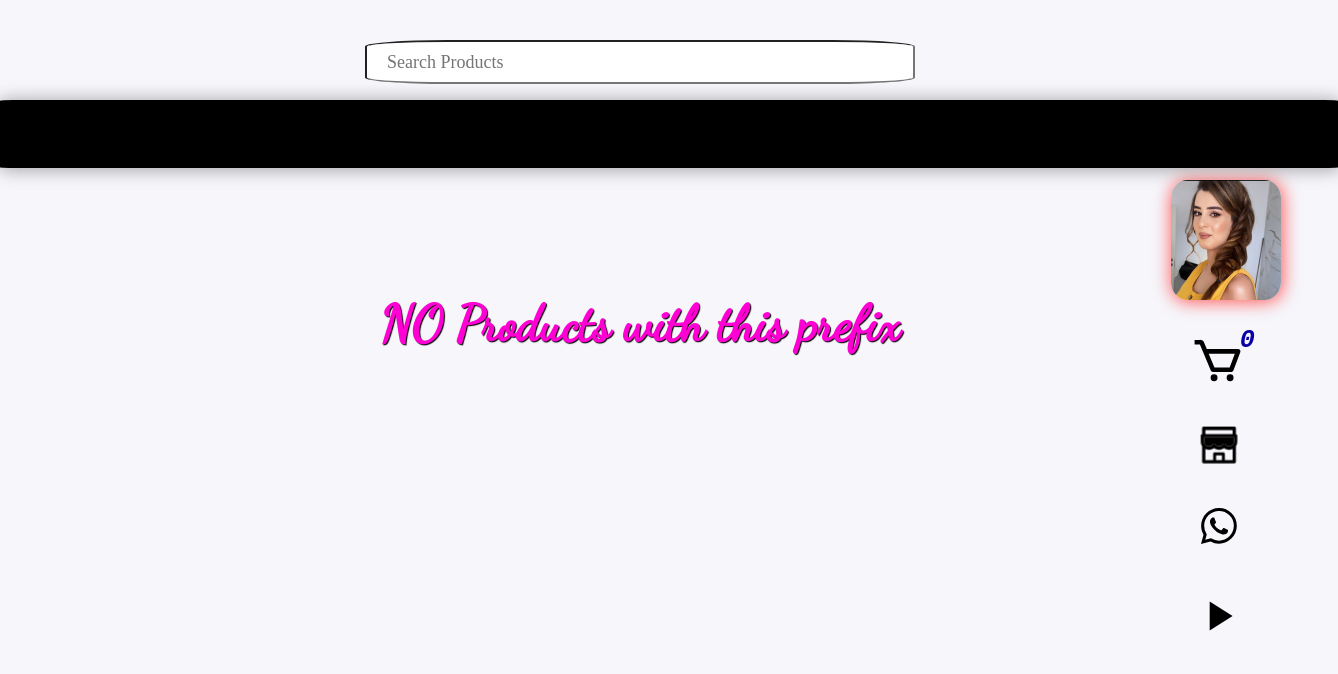
Repository: rehamAbass/BeautyCareShop
Page: /
The author's editor kept a copy of each file at every save. The page is drawn from the files as they stood at one save, then again after the next save.
The browser window is 1280 px wide. The page is 1338 px wide, so the pictures cover 1338 px, including what lies to the right of the window. The pictures show the whole page.
The page's requests for data from a server got no answer. Some web fonts or font styles are not loaded; a fallback is used. The project was rebuilt for these pictures with package versions that can differ from the ones it lists, and the page was loaded fresh each time. No one was signed in, and anything a server would have sent is missing. Also part of the build but not shown: src/components/allProducts/prod/card.css, src/components/allProducts/prod/card.component.jsx, src/components/myCart/myCart.css, src/components/myCart/cartProduct/cartProduct.css, src/components/myCart/cartProduct/cartProduct.jsx, src/components/myCart/myCart.jsx. Imported but missing from the stored project, and not drawn on this page: src/components/header/music/ed.mp3.

Above is the page before, as saved 2022-06-08 13:40:09.

### public/index.html
<!DOCTYPE html>
<html lang="en">
  </style>
  <head>
    <meta charset="utf-8" />
    <link rel="icon" href="" />
    <meta name="viewport" content="width=device-width, initial-scale=1" />
    <meta name="theme-color" content="#000000" />
    <meta
      name="description"
      content="Web site created using create-react-app"
    />
    <link rel="apple-touch-icon" href="" />
    <link rel="manifest" href="%PUBLIC_URL%/manifest.json" />
    <link rel="preconnect" href="https://fonts.googleapis.com">
    <link rel="preconnect" href="https://fonts.gstatic.com" crossorigin>
    <link href="https://fonts.googleapis.com/css2?family=Bigelow+Rules&display=swap" rel="stylesheet">
    <link rel="preconnect" href="https://fonts.googleapis.com">
    <link rel="preconnect" href="https://fonts.gstatic.com" crossorigin>
    <link href="https://fonts.googleapis.com/css2?family=Bigelow+Rules&family=Dancing+Script&display=swap"
      rel="stylesheet">
    <title color:'purble'>BeautyShop💄</title>
  </head>
  <body>

    <div id="root"></div>
  </body>
</html>

<!--
  <video id="video1" loop="" muted="" src="https://prod-streaming-video-msn-com.akamaized.net/aa5cb260-7dae-44d3-acad-3c7053983ffe/1b790558-39a2-4d2a-bcd7-61f075e87fdd.mp4"></video>

 -->

### src/App.js

// import React from 'react'
import CardList from './components/allProducts/card-list.component';
import SearchBox from './components/search-box/search-box.component';
import './App.css'
import axios from "axios";
import React, { Component } from "react";
import Header from './components/header/header.component.jsx'
import { useState, useEffect } from 'react';
import Cart from './components/myCart/myCart.jsx'

const App = () => {
  const [products, setProducts] = useState([]);
  const [cartProducts, setCartProducts] = useState([]);
  const [filteredProducts, setFilteredProducts] = useState(products);
  const [searchString, setSearchString] = useState('');
  const [showCart, setShowCart] = useState(false);
    const [cartCounter, setCartCounter] = useState(0);
      const [Sum, setSum] = useState(0);
      const [imgs, setImgs] = useState([])

  //==========================================================================
  const   getDataFromDB= async ()=> {
    const response = await axios.get("http://localhost:8000/products/");
    setCartProducts(response);
  }
  //===========================================================
  const deleteProd = async (id) => {
    let response = await axios.delete(
      `http://localhost:8000/product/${id}`
    );
  }
  //=============================================================
  const saveProd = async (p) => {
    const response = await axios.post(
      "http://localhost:8000/product",p
    );
  }

   const  updateProd = async (p) => {
    const response = await axios.put(
      "http://localhost:8000/product",p
    );
  }
  //============================================================================
  useEffect(() => {
    fetch('http://makeup-api.herokuapp.com/api/v1/products.json?brand=maybelline')
      .then((res) => res.json())
      .then((users) => {
          users = users.map(user => (
         {id:user.id,
         name:user.name,
         brand:user.brand,
         price:user.price,
        image_link:user.image_link,
         product_link:user.product_link,
         description:user.description,
        rating:user.rating,
         product_type:user.product_type,
          product_api_url:user.product_api_url,
          product_colors:user.product_colors,
        amount:0
         }))


         getDataFromDB();
        setFilteredProducts(users);
        setProducts(users);
        setImgs(users.map((u)=>(u.image_link)));
      })
  }, []); // it runs only one time - no need to call it in each render because [] is empty !!
  //=========================================================================================
  useEffect(() => {
    let filteredgroup = products.filter((p) => p.name.toLowerCase().includes(searchString));
    setFilteredProducts(filteredgroup);
  }, [products, searchString])

  //========================================================================================
  const onSearchChanged = (event) => {
    let input = event.target.value.toLowerCase();
    setSearchString(input);
  }
  //=========================================================================================
  const addProduct=(product)=>{
        let updatePro = cartProducts.filter(p=> p.id === product.id);
     if(updatePro.length>0){
       // it means that YES the product exists before in Cart! just increase the amount of it:
       updatePro = updatePro[0];
       updatePro.amount +=1;
        let newarray = cartProducts.map(p=>( p.id === product.id ? updatePro:p )) ;
        setCartProducts(newarray);
     }else{
        let newProductToAdd = {...product, amount:1};
         setCartProducts([...cartProducts,newProductToAdd ]);
         saveProd(product);
         updateProd();
     }

      }
  //=================================================================================
  //    ,
  const deleteProduct = (product) => {
    let newArr = cartProducts.filter(p => p.id !== product.id);
    setCartProducts(newArr);
    deleteProd(product.id);
  }
 //===================================================================================
   const decreaseProduct=(product)=>{

     if(product.amount >1){
       let update = product;
       update.amount -=1;
        let newarray = cartProducts.map(p=>(p.id === product.id ? update:p )) ;
     setCartProducts(newarray);
     }else{ // amount was  === 1
        let newArr = cartProducts.filter(p=> p.id !== product.id);
         setCartProducts(newArr);
     }
      }
 //===================================================================================
useEffect(()=>{
  console.log("useEffect, cartProduct changes, so counter changes");
  let all =0;
  let summ=0;
  for(let p of cartProducts){
     all = all+p.amount;
    summ = summ+ (p.amount * p.price);
}
    setSum(summ);
    setCartCounter(all);
},[cartProducts]);

//====================================================================================
  useEffect(()=>{
    console.log("open Cart = ",showCart);
  },[showCart])
 //=========================================================================================
const HandleCart =(val)=>{
  setShowCart(val);
}
 const handleSumCount = ()=>{
  setSum(0);
  setCartProducts([]);
  setCartCounter(0);

 }
 //=========================================================================================
  return (
    <div className="App">
      <header className="App-header">
        <Header counter ={cartCounter}
        imgs={imgs}
        handleCart = {HandleCart}/>
        {showCart === false &&
          <div>
           <SearchBox
          className='search-box2'
          searchHandler={onSearchChanged}
          group={filteredProducts}
        />
            <CardList
              group={filteredProducts}
               addProduct={addProduct} />
        </div>

        }
          {(showCart === true) &&
            <Cart sum ={Sum} group={cartProducts}
           addProduct={addProduct}
            deleteProduct={deleteProduct}
            decreaseProduct={decreaseProduct}
              handleSumCount={handleSumCount}
            />
          }
      </header>
    </div>
  )
}

export default App;

### src/components/allProducts/card-list.component.jsx

import './card-list.css'
import Card from './prod/card.component'
import React from 'react'

const CardList = ({ group ,addProduct}) => {
    return (
        <div className='card-list'>
            {group.map((p,i) =>
                (
                    <Card
                    key={i}
                    product={p}
                     addProduct={addProduct}/>
                )
            )
            }
        </div >

    )
}

export default CardList;

### src/components/search-box/search-box.component.jsx

import React from 'react'
import './search-box.css'


const SearchBox = ({ className, placeholder, searchHandler, group }) => {

    return (
        <div className='search-box'>
            <input
                className={className}
                type='search'
                placeholder='Search Products'
                onChange={searchHandler}
                style={{
                     fontStyle:'unset', fontStretch: 'extra-expanded'
                , fontSize:'large', borderRadius:'15%'}}
            />
            {group.length === 0 ?
                <div className='alert2'> NO Products with this prefix </div> : ''}
        </div>
    )
}


export default SearchBox;

### src/App.css
body {
  margin: 0;
  padding: 0;
  font-family: -apple-system, BlinkMacSystemFont, 'Segoe UI', 'Roboto', 'Oxygen',
    'Ubuntu', 'Cantarell', 'Fira Sans', 'Droid Sans', 'Helvetica Neue',
    sans-serif;
    background-color:rgba(192, 190, 228, 0.135);
  -webkit-font-smoothing: antialiased;
  -moz-osx-font-smoothing: grayscale;
  text-align: center;
}



















/* -------------------------------------------------------------------------------------- */

/* .App {
  text-align: center;
}

.App-logo {
  height: 40vmin;
  pointer-events: none;
}

@media (prefers-reduced-motion: no-preference) {
  .App-logo {
    animation: App-logo-spin infinite 20s linear;
  }
}

.App-header {
  background-color: #2d5cba;
  min-height: 100vh;
  display: flex;
  flex-direction: column;
  align-items: center;
  justify-content: center;
  font-size: calc(10px + 2vmin);
  color: white;
}

.App-link {
  color: #61dafb;
}

@keyframes App-logo-spin {
  from {
    transform: rotate(0deg);
  }
  to {
    transform: rotate(360deg);
  }
}

*/

### src/components/header/header.component.jsx
import React from 'react'
import './header.css'
import Music from './music/music.component';
import fatme from './fatme.jpeg'
import CartIcon from './cartIcon/cartIcon.component';
import {BsWhatsapp} from 'react-icons/bs'
import {AiTwotoneShop} from 'react-icons/ai'

const Header = ({counter,imgs, handleCart}) => {
    return (
        <div className='headClass'>
        <div className='imgs'>
            {imgs.map((link, i) => (
               (i<10)&&
                <marquee
                width="100%"
                behavior="scroll"
                direction="right" height="100px"
               loop='20' >
                    <img
                    key={i}
                    src={link} alt='prod' />
                    </marquee>
            ))}
        </div>
            <img className='myImg' src={fatme} alt='me'
            />
               <CartIcon
            counter={counter}
             handleCart={handleCart}
            />
            <AiTwotoneShop
            className='goHome'
                onClick={() => {
                     handleCart(false)}}
            />
            <h4 className='title' >
                <marquee direction='left' loop='2' >Fatima Beauty Care Shop</marquee>
            </h4>


            <Music />


            <a  className='whatsApp'  aria-label="whats"
                target="_blank" rel="noopener"
                href="https://api.whatsapp.com/send?phone=972543656019&text=hello%20Fatima%20from%20your%20BeautyCareShop%20Website%20💄"
              >
              <BsWhatsapp/>
            </a>
        </div>
    )
}

export default Header;

### src/components/allProducts/card-list.css
.card-list {
     width: 1000px;
    margin-left: 9%;
    display: grid;
    grid-template-columns: 10fr 10fr;
    /* grid-gap: 1%; */
    margin-top: 5%;
    margin-bottom:15%;
}

### src/components/search-box/search-box.css
.search-box {
    padding: 10px;
}

.alert2 {
    margin-top: 150px;
    text-align: center;
    padding: 40px;
    color: rgb(255, 0, 212);
    font-size: 50px;
    font-stretch: extra-expanded;
    font-family: 'Dancing Script';
    font-weight: bolder;
    text-shadow: 1px 1px  1px rgb(0, 0, 0);
    transform: scale(1);
}

.search-box2 {
    width: 550px;
    height: 37px;
    margin-top: 9;
    padding: 20px;
    line-height: 30px;
    margin-bottom: 20px;
    color: rgb(0, 0, 0);
    font-weight: 400;
    font-family:serif;

}

### src/components/header/header.css
.title {
    width: 110%;
    position: relative;
    font-size: 46px;
    font-weight: bolder;
    font-family: 'Dancing Script';
 color:rgb(251, 251, 251);
    font-stretch: extra-expanded;
    /* text-shadow: 11px 1px 11px rgb(255, 0, 123); */
    background-color: rgb(0, 0, 0);
     box-shadow: 1px 1px 17px 1px rgba(135, 134, 135, 0.74);
     margin-top: 40px;
     border-radius:1%;
}
.imgs{
    width: 110%;
    position: relative;
    height:60px;
     margin-top: 0px;
}
.goHome{
    color:rgb(0, 0, 0);
     position:fixed;
    margin-left: 47%;
    margin-top:376px;
     transform: scale(2.6);
}
.goHome:hover{
    color:rgb(8, 0, 165);
    transform:scale(3);
}
.whatsApp{
    color:rgb(0, 0, 0);
     position:fixed;
    margin-left: 47%;
    margin-top:290px;
     transform: scale(2);
}
.whatsApp:hover{
  color:rgb(8, 0, 165);

   }
.myImg{
    position:fixed;
    margin-left: 44%;
    margin-top:120px;
    width: 110px;
  height: 120px;
    box-shadow: 1px 1px 17px 1px rgb(255, 88, 88);
    border-radius:15%;
}

.headClass {
    border-radius: 12%;
    width: 95%;
    height: 30px;
    font-size: large;
    /* font-weight: 700; */
    font-style: italic;

}

### src/components/header/music/music.component.jsx
import './music.css'
import { useState, useEffect } from 'react'
import { MdPlayArrow, MdPause } from 'react-icons/md'
import  React  from 'react'
import ed from "./ed.mp3";

const aud = new Audio(ed);

const Music = () => {
    const [flagPlaying, setIsActive] = useState(false);
    const handleClick = (value) => {
        setIsActive(value);
        if (value === true) {
            aud.loop = true;
            aud.play();
        } else {
            aud.pause();
            aud.loop = false;
        }
    }

    return (<div className='myAudio'>
        {(flagPlaying === false) &&
            <MdPlayArrow
                className='btnAudio'
                onClick={() => {
                    if (flagPlaying === false) {
                        handleClick(true);
                    }
                }}
            />
        }
        {(flagPlaying === true) &&
            <MdPause
                className='btnAudio'
                style={{color:'black'}}
                onClick={() => {
                    if (flagPlaying === true) {
                        handleClick(false);
                    }
                }}
            />
        }
    </div>
    )
}


export default Music;

### src/components/header/cartIcon/cartIcon.component.jsx
import React from 'react'
import './cart.css'
import { BiCart } from "react-icons/bi";


const CartIcon = ({ counter,handleCart}) => {

    return (
        <div className='cart-container'>
            <span className='counter'>{counter}</span>
            <BiCart
                    className='cartIcon'
                    onClick={() => {
                      handleCart(true);
                     }}
                />
        </div>
    )
}
export default CartIcon;

### src/components/header/music/music.css
.myAudio {}

.btnAudio {
    width:  50px;
    height: 50px;
    position:fixed;
    margin-left: 45.7%;
    margin-top: 362px;
    color:rgb(0, 0, 0);
    border-radius: 90%;
}

.btnAudio:hover {
   color : rgb(8, 0, 165);
    transform: scale(1.125);
    box-shadow: 4px 3px 10px 3px  rgb(179, 255, 0);
}

### src/components/header/cartIcon/cart.css
.cartIcon{
     position:fixed;
    width:55px;
    height:55px;
    color:rgb(0, 0, 0);
    margin-top:1%;
    /* transform: translateZ(-1);
    transition: transform 0.25s ease-out; */
}
.cartIcon:hover{
    transform:scale(1.12);
    color:rgb(8, 0, 165);
}
.cart-container{
    position:fixed;
    margin-left: 93%;
    margin-top: 260px;
}
.cart-container:hover{
    color:rgb(0, 0, 0);
 /* transform: scale(1); */
 cursor: pointer;
}
.counter{
    font-size:large;
    font-family:'Courier New', Courier, monospace;

    color:rgb(8, 0, 165);
    font-weight:bolder;
    text-align: right;
      transform: scale(1.4);
    text-shadow: 2px 2px 12px 12px rgb(0, 0, 0);
    position: fixed;
    margin-left: 4%;
    margin-top:0.8%;
}

Loaded but not shown: src/index.js (common file); src/index.css (common file)

After the next save:
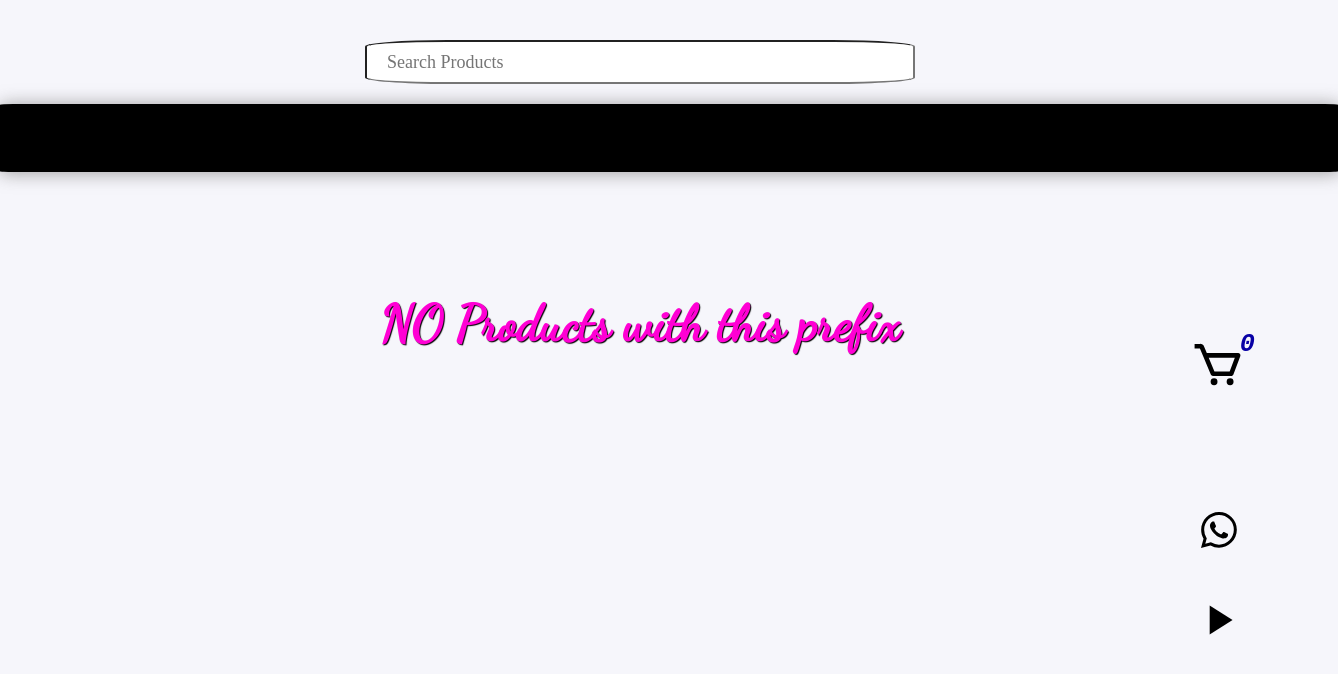
Saved 48 s later.
--- a/src/components/header/header.component.jsx
+++ b/src/components/header/header.component.jsx
@@ -9,20 +9,17 @@ import {AiTwotoneShop} from 'react-icons/ai'
 const Header = ({counter,imgs, handleCart}) => {
     return (
         <div className='headClass'>
+      <marquee >
         <div className='imgs'>
             {imgs.map((link, i) => (
                (i<10)&&
-                <marquee
-                width="100%"
-                behavior="scroll"
-                direction="right" height="100px"
-               loop='20' >
                     <img
                     key={i}
                     src={link} alt='prod' />
-                    </marquee>
+
             ))}
         </div>
+        </marquee>
             <img className='myImg' src={fatme} alt='me'
             />
                <CartIcon
